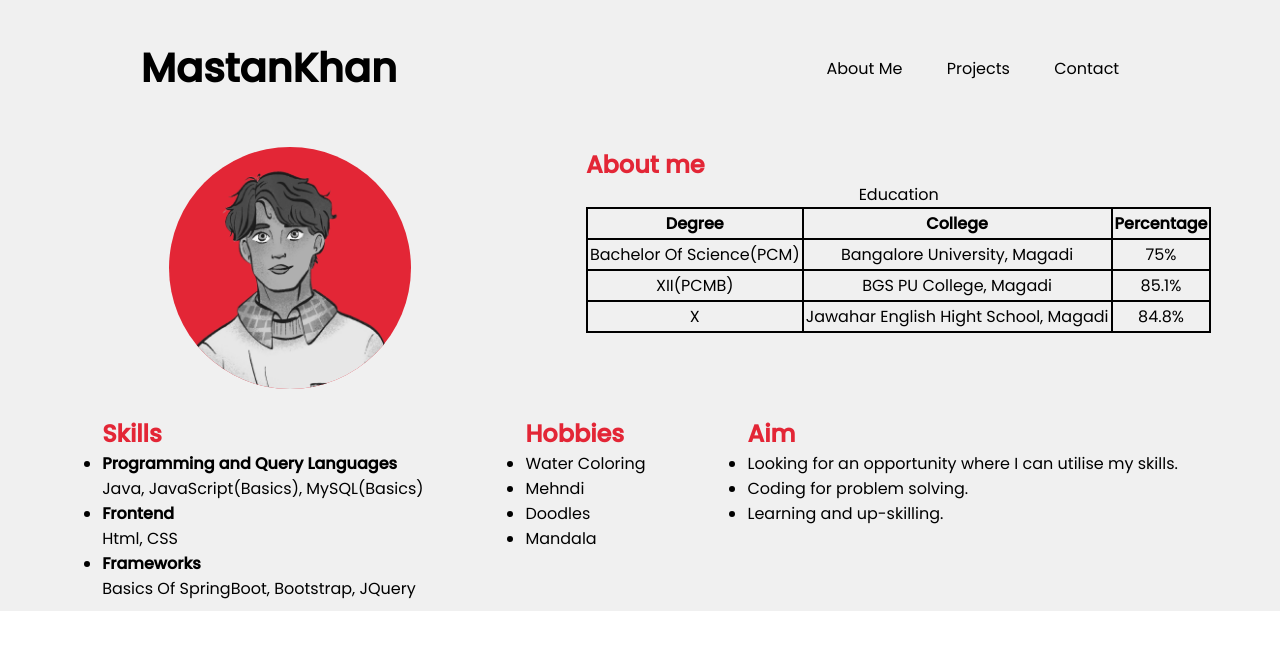
Repository: MastanKhan1/my_resume
Page: http://localhost/about_me
These files come from the project's save history. The page is drawn as it stood at one moment and after the next save; the edit follows.
The browser window is 1280 px wide. The pictures show the whole page.
Some web fonts or font styles are not loaded; a fallback is used. The page is this project's Thymeleaf template; nobody is signed in. The template is opened directly, without the code that normally fills it, so the values that code supplies are empty.

Above is the page before, as saved 2023-10-06 06:50:54.

After the next save:
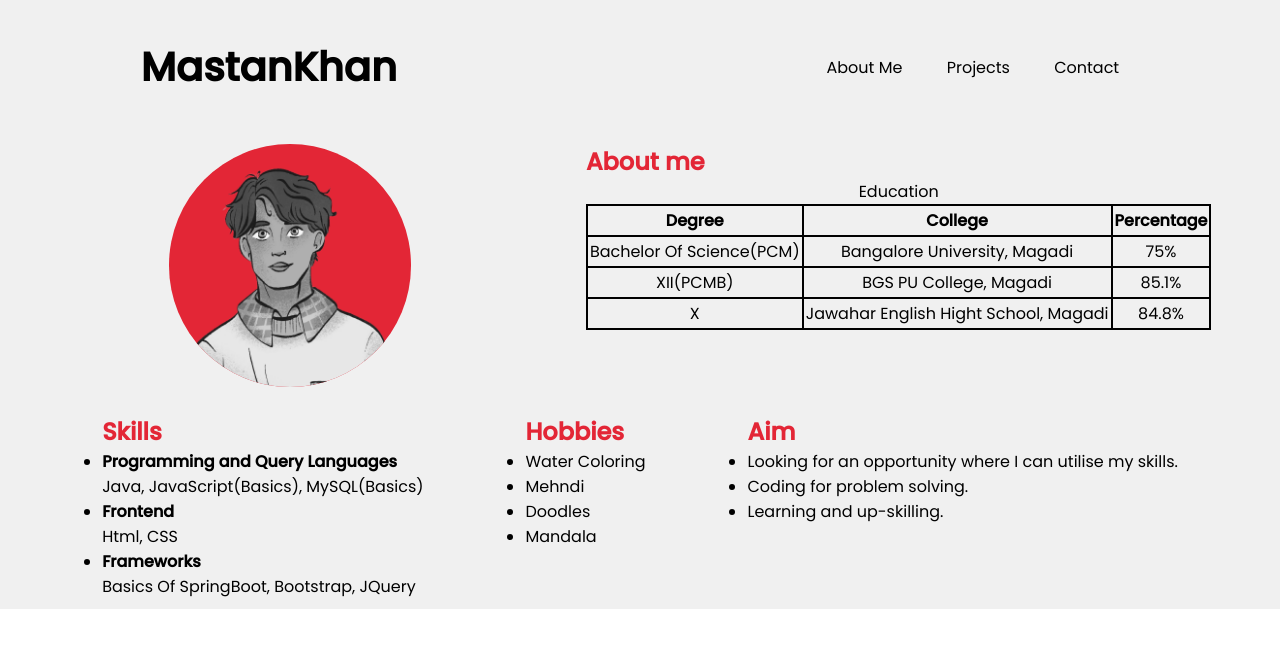
Saved 23 s later.
--- a/portfolio/src/main/resources/static/styles.css
+++ b/portfolio/src/main/resources/static/styles.css
@@ -13,7 +13,7 @@
 }
 
 #toggle{
-    padding: 3% 11%;
+    padding: 2.9% 11%;
     display: flex;
     flex-wrap: wrap;
     justify-content: space-between;
